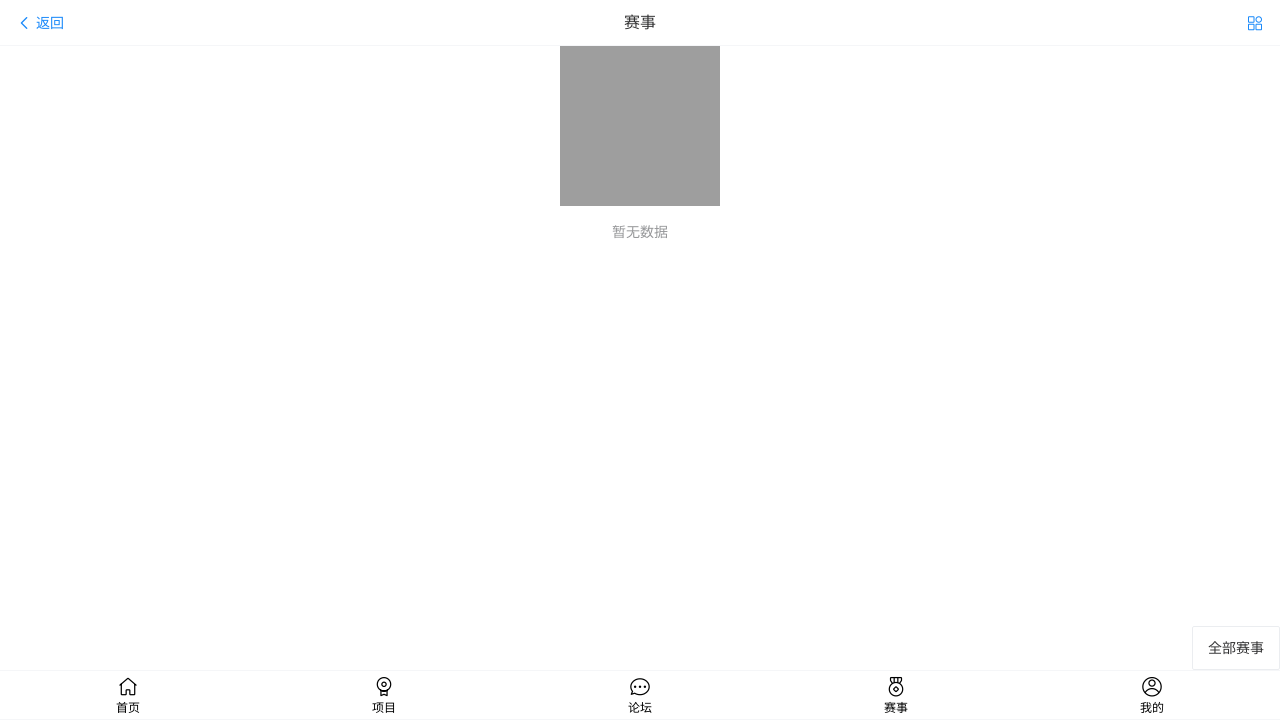
Repository: fisher002/sports
Page: /#/user/listtournament
An editor plug-in stored every save of this project. The page is shown before and after the next save, followed by the edit.
The browser window is 1280 px wide. The pictures show the whole page.
Pictures or frames that could not be fetched are drawn as grey boxes. The project was rebuilt for these pictures with package versions that can differ from the ones it lists, and the page was loaded fresh each time. Also part of the build but not shown: src/views/index.vue, src/utils/comUtils.js, src/views/mobile-index/index.vue, src/views/mobile-index/detailcompate.vue, src/views/mobile-index/userRegister.vue, src/views/mobile-index/login.vue, src/views/mobile-index/adminRegister.vue, src/views/mobile-index/adminLogin.vue and 14 more.

Above is the page before, as saved 2020-04-26 20:18:15.

After the next save:
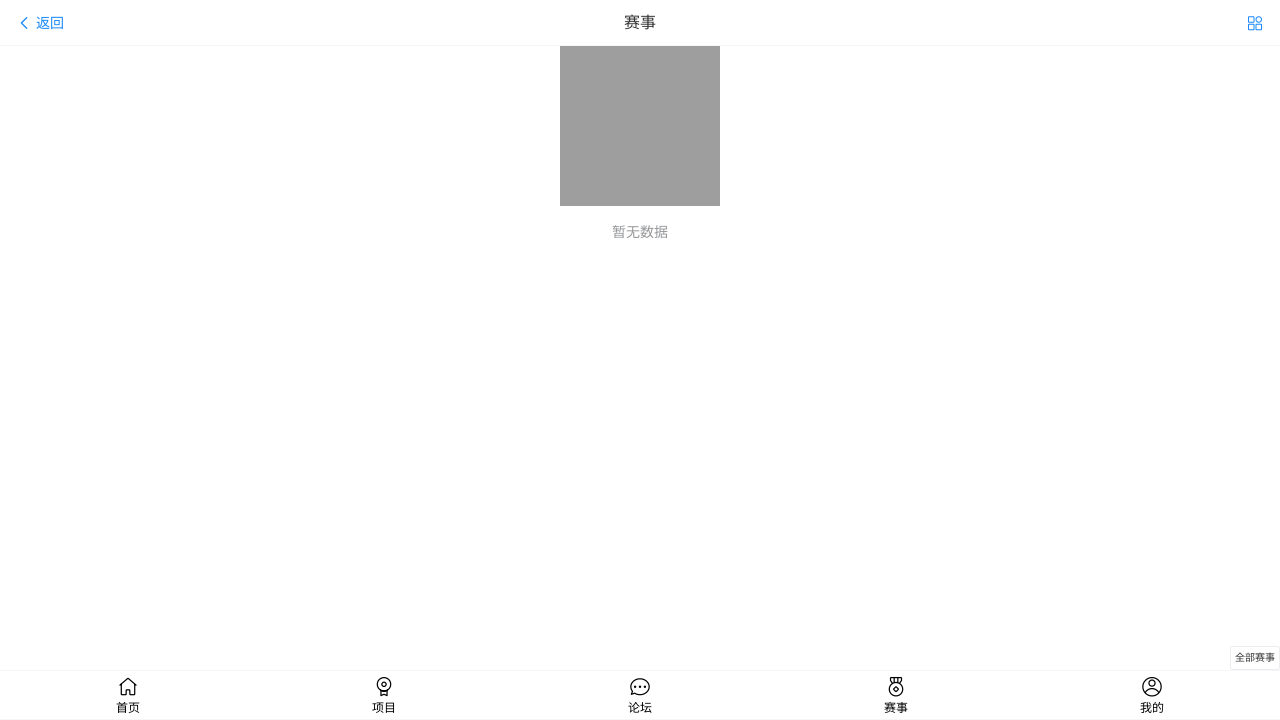
Saved 89 s later.
--- a/src/views/mobile-tournament/listtournament.vue
+++ b/src/views/mobile-tournament/listtournament.vue
@@ -53,7 +53,7 @@
       </div>
     </van-pull-refresh>
     <div class="fixed bottom-right">
-      <van-button type="default">全部赛事</van-button>
+      <van-button type="default" size="mini">全部赛事</van-button>
     </div>
   </div>
 </template>
